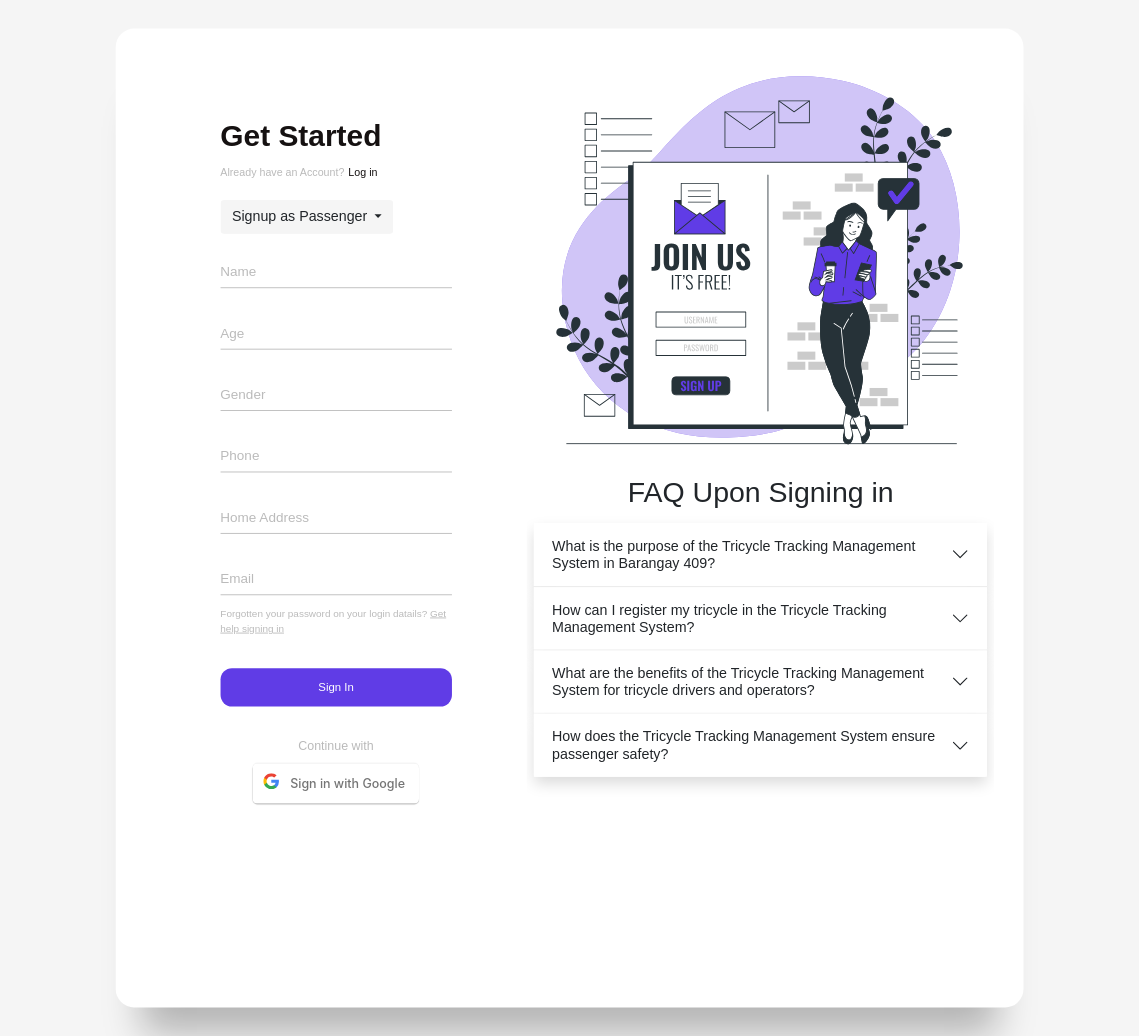
Repository: adrcstro/plate-to-place
Page: http://localhost/Loginsystem/Passenger.php
An editor plug-in stored every save of this project. The page is shown before and after the next save, followed by the edit.
The browser window is 1280 px wide. The pictures show the whole page, at 89% of full size.
Some web fonts or font styles are not loaded; a fallback is used. Some web libraries are served in a nearby version. The page is run by PHP 8.4 with error messages shown; the project is at /var/www/html/.

Above is the page before, as saved 2023-10-31 12:51:17.

### Loginsystem/Passenger.php
<!DOCTYPE html>
<html lang="en">
<head>
    <meta charset="UTF-8">
    <meta name="viewport" content="width=device-width, initial-scale=1.0">
    <link rel="shortcut icon" type="x-icon" href="../images/webicon.png">
    <link rel="stylesheet" href="../css/bootstrap.min.css">
    <link rel="stylesheet" href="https://cdnjs.cloudflare.com/ajax/libs/font-awesome/6.3.0/css/all.min.css" integrity="sha512-SzlrxWUlpfuzQ+pcUCosxcglQRNAq/DZjVsC0lE40xsADsfeQoEypE+enwcOiGjk/bSuGGKHEyjSoQ1zVisanQ==" crossorigin="anonymous" referrerpolicy="no-referrer"/>
    <link rel="stylesheet" href="passenger.css">

    <title>Brangay409-3WHeel-Tracking-System</title>
</head>

<body>

<main>
      <div class="box">
        <div class="inner-box">
          <div class="forms-wrap">
            <form action="index.html" autocomplete="off" class="sign-in-form">

<script>
    function changeLoginType(type) {
        document.getElementById('loginDropdown').innerText = 'Login as ' + type;
    }
</script>
              <div class="heading">
                <h2>Get Started</h2>
                <h6>Already have an Account?</h6>
                <a href="#" class="toggle" data-target="img-2">Log in</a>
              </div>
              <div class="dropdown">
    <button class="btn dropdown-toggle" type="button" data-bs-toggle="dropdown" aria-expanded="false" id="loginDropdown">
        Signup as Passenger
    </button>
    <ul class="dropdown-menu">
        <li><a class="dropdown-item" href="Passenger.php" onclick="changeLoginType('Passenger')">Passenger</a></li>
        <li><a class="dropdown-item" href="Driverlogin.php" onclick="changeLoginType('Driver')">Driver</a></li>

    </ul>
</div>
<div class="formsignin">



              <div class="actual-form">
                <div class="input-wrap">
                  <input
                    type="text"
                    minlength="4"
                    class="input-field"
                    autocomplete="off"
                    required
                  />
                  <label>Name</label>
                </div>

                <div class="input-wrap">
                  <input
                    type="password"
                    minlength="4"
                    class="input-field"
                    autocomplete="off"
                    required
                  />
                  <label>Age</label>
                </div>

                <div class="input-wrap">
                  <input
                    type="text"
                    minlength="4"
                    class="input-field"
                    autocomplete="off"
                    required
                  />
                  <label>Gender</label>
                </div>

                <div class="input-wrap">
                  <input
                    type="text"
                    minlength="4"
                    class="input-field"
                    autocomplete="off"
                    required
                  />
                  <label>Phone</label>
                </div>
                <div class="input-wrap">
                  <input
                    type="text"
                    minlength="4"
                    class="input-field"
                    autocomplete="off"
                    required
                  />
                  <label>Home Address</label>
                </div>

                <div class="input-wrap">
                  <input
                    type="text"
                    minlength="4"
                    class="input-field"
                    autocomplete="off"
                    required
                  />
                  <label>Email</label>
                </div>

                <p class="text">
                  Forgotten your password on your login datails?

                  <a href="Forgotpassword.php" data-target="img-2">Get help signing in</a>
                </p>
                <input type="submit" value="Sign In" class="sign-btn" />
                <h5 id="textcon">Continue with</h5>
                <button type="button" class="login-with-google-btn" >
                Sign in with Google
                 </button>
              </div>
              </div>
            </form>


          </div>
          <div class="carousel">
  <div class="images-wrapper">
    <img src="../images/Signup.svg" class="image img-2 show" alt="" />
  </div>

  <div class="col-md-12">
         <h2 class="mt-2 text-center" id="FAQ">FAQ Upon Signing in</h2>
         <div class="accordion accordion-flush p-2" id="accordionFlushExample">
          <div class="accordion-item bg-white shadow">
            <h2 class="accordion-header">
              <button class="accordion-button collapsed" type="button" data-bs-toggle="collapse" data-bs-target="#flush-collapseOne" aria-expanded="false" aria-controls="flush-collapseOne">
                What is the purpose of the Tricycle Tracking Management System in Barangay 409?
              </button>
            </h2>
            <div id="flush-collapseOne" class="accordion-collapse collapse" data-bs-parent="#accordionFlushExample">
              <div class="accordion-body">The Tricycle Tracking Management System aims to streamline tricycle operations and ensure passenger safety and efficient transportation services within the barangay.</div>
            </div>
          </div>
          <div class="accordion-item shadow">
            <h2 class="accordion-header">
              <button class="accordion-button collapsed" type="button" data-bs-toggle="collapse" data-bs-target="#flush-collapseTwo" aria-expanded="false" aria-controls="flush-collapseTwo">
                How can I register my tricycle in the Tricycle Tracking Management System?
              </button>
            </h2>
            <div id="flush-collapseTwo" class="accordion-collapse collapse" data-bs-parent="#accordionFlushExample">
              <div class="accordion-body">To register your tricycle, visit the barangay office and submit the required documents, including the tricycle's registration papers, driver's license, and other necessary permits.</div>
            </div>
          </div>
          <div class="accordion-item shadow">
            <h2 class="accordion-header">
              <button class="accordion-button collapsed" type="button" data-bs-toggle="collapse" data-bs-target="#flush-collapseThree" aria-expanded="false" aria-controls="flush-collapseThree">
                What are the benefits of the Tricycle Tracking Management System for tricycle drivers and operators?
              </button>
            </h2>
            <div id="flush-collapseThree" class="accordion-collapse collapse" data-bs-parent="#accordionFlushExample">
              <div class="accordion-body">The system provides improved transparency in fare collection, enhances security measures for both drivers and passengers, and facilitates better route planning, leading to increased efficiency and profitability for tricycle operators.
              </div>
            </div>
          </div>

          <div class="accordion-item shadow">
            <h2 class="accordion-header">
              <button class="accordion-button collapsed" type="button" data-bs-toggle="collapse" data-bs-target="#flush-collapseFour" aria-expanded="false" aria-controls="flush-collapseFour">
                How does the Tricycle Tracking Management System ensure passenger safety?
              </button>
            </h2>
            <div id="flush-collapseFour" class="accordion-collapse collapse" data-bs-parent="#accordionFlushExample">
              <div class="accordion-body">The system integrates safety measures such as  Report Management, Legal Action Provider, and driver identification features, which enable swift responses to any emergency situations during tricycle rides.</div>
            </div>
          </div>



        </div>
         </div>


</div>
        </div>
      </div>
    </main>



</body>
<script src="../js/bootstrap.bundle.js"></script>
    <script src="login.js"></script>

</html>

### Loginsystem/passenger.css
@import url("https://fonts.googleapis.com/css2?family=Poppins:wght@200;300;400;500;600;700;800&display=swap");
@import url('https://fonts.googleapis.com/css2?family=Advent+Pro:wght@200&display=swap');
@import url('https://fonts.googleapis.com/css2?family=Advent+Pro:wght@200&family=Montserrat+Alternates&display=swap');
@import url('http://fonts.googleapis.com/css?family=Open+Sans:400,700');
*,
*::before,
*::after {
  padding: 0;
  margin: 0;
  box-sizing: border-box;
}
#textcon{
  padding: 4px;
  text-align: center;
  color: #bababa;
  font-size: 14px;
}
.login-with-google-btn {
  transition: background-color .3s, box-shadow .3s;
  padding: 12px 16px 12px 42px;
  border: none;
  border-radius: 5px;
  box-shadow: 0 -1px 0 rgba(0, 0, 0, .04), 0 1px 1px rgba(0, 0, 0, .25);
  display: block;
    margin: auto;
  color: #757575;
  font-size: 14px;
  font-weight: 500;
  font-family: -apple-system,BlinkMacSystemFont,"Segoe UI",Roboto,Oxygen,Ubuntu,Cantarell,"Fira Sans","Droid Sans","Helvetica Neue",sans-serif;

  background-image: url(data:[embedded picture, 822 characters]);
  background-color: white;
  background-repeat: no-repeat;
  background-position: 12px 11px;

  &:hover {
    background-color: #f3f3f3b6;
  }

  &:active {
    background-color: #eeeeee;
  }
}
  &:focus {
    outline: none;
    box-shadow:
      0 -1px 0 rgba(0, 0, 0, .04),
      0 2px 4px rgba(0, 0, 0, .25),
      0 0 0 3px #c8dafc;
  }

.logo {
  text-align: center;
}
.logo br {
  font-size: 1px; /* Adjust the font size as per your requirement */
}
body,
input {
  font-family: 'Montserrat Alternates', sans-serif;

}
#loginDropdown{
  background-color: whitesmoke;
}

main {
  width: 100%;
  min-height: 100vh;
  overflow: hidden;
  background-color: whitesmoke;
  padding: 2rem;
  display: flex;
  align-items: center;
  justify-content: center;
}

.box {
  position: relative;
  width: 100%;
  max-width: 1020px;
  height: 1100px;
  background-color: #fff;
  border-radius: 1.3rem;
  box-shadow: 0 60px 40px -30px rgba(0, 0, 0, 0.27);
}

.inner-box {
  position: absolute;
  width: calc(100% - 4.1rem);
  height: calc(100% - 4.1rem);
  top: 50%;
  left: 50%;
  transform: translate(-50%, -50%);
}

.forms-wrap {
  position: absolute;
  height: 100%;
  width: 45%;
  top: 0;
  left: 0;
  display: grid;
  grid-template-columns: 1fr;
  grid-template-rows: 1fr;
  transition: 0.8s ease-in-out;
}

form {
  max-width: 260px;
  width: 100%;
  margin: 0 auto;
  height: 100%;
  display: flex;
  flex-direction: column;
  justify-content: space-evenly;
  grid-column: 1 / 2;
  grid-row: 1 / 2;
  transition: opacity 0.02s 0.4s;
  border: #aaa;
}

form.sign-up-form {
  opacity: 0;
  pointer-events: none;

}

.logo {
  display: flex;
  align-items: center;
}


.logo h4 {
  font-size: 1.1rem;
  margin-top: -9px;
  letter-spacing: -0.5px;
  color: #151111;
}

.heading h2 {
  font-size: 2.1rem;
  font-weight: 600;
  color: #151111;
}

.heading h6 {
  color: #bababa;
  font-weight: 400;
  font-size: 0.75rem;
  display: inline;
}

.toggle {
  color: #151111;
  text-decoration: none;
  font-size: 0.75rem;
  font-weight: 500;
  transition: 0.3s;
}

.toggle:hover {
  color: #8371fd;
}

.input-wrap {
  position: relative;
  height: 37px;
  margin-bottom: 2rem;
}

.input-field {
  position: absolute;
  width: 100%;
  height: 100%;
  background: none;
  border: none;
  outline: none;
  border-bottom: 1px solid #bbb;
  padding: 0;
  font-size: 0.95rem;
  color: #151111;
  transition: 0.4s;
}

label {
  position: absolute;
  left: 0;
  top: 50%;
  transform: translateY(-50%);
  font-size: 0.95rem;
  color: #bbb;
  pointer-events: none;
  transition: 0.4s;
}

.input-field.active {
  border-bottom-color: #151111;
}

.input-field.active + label {
  font-size: 0.75rem;
  top: -2px;
}
.logtext{
  margin-top: -1rem;
}
.sign-btn {
  display: inline-block;
  width: 100%;
  height: 43px;
  background-color: #603ce6;
  color: #fff;
  border: none;
  cursor: pointer;
  border-radius: 0.8rem;
  font-size: 0.8rem;
  margin-bottom: 2rem;
  transition: 0.3s;
}
.show {
  display: block;
}

.FAQESTION{
  margin-top: -3rem;
}



.hide {
  display: none;
}

.sign-btn:hover {
  background-color: #6a5cc4;
}

.text {
  color: #bbb;
  font-size: 0.7rem;
  transform: translateY(-20px);
}

.text a {
  color: #bbb;
  transition: 0.3s;

}




.text a:hover {
  color: #8371fd;
}

main.sign-up-mode form.sign-in-form {
  opacity: 0;
  pointer-events: none;
}

main.sign-up-mode form.sign-up-form {
  opacity: 1;
  pointer-events: all;
}

main.sign-up-mode .forms-wrap {
  left: 55%;
}

main.sign-up-mode .carousel {
  left: 0%;
}

.carousel {
  position: absolute;
  height: 100%;
  width: 55%;
  left: 45%;
  top: 0;
  background-color: white;
  border-radius: 2rem;
  display: grid;
  grid-template-rows: auto 1fr;
  padding-bottom: 2rem;
  overflow: hidden;
  transition: 0.8s ease-in-out;
}

.images-wrapper {
  display: grid;
  grid-template-columns: 1fr;
  grid-template-rows: 1fr;
}
.hide {
  display: none;
}
.image {
  width: 100%;
 height: 90%;
  grid-column: 1/2;
  grid-row: 1/2;
  opacity: 0;
  transition: opacity 0.3s, transform 0.5s;
}

.img-1 {
  transform: translate(0, -50px);
}

.img-2 {
  transform: scale(0.4, 0.5);
}

.img-3 {
  transform: scale(0.3) rotate(-20deg);
}

.image.show {
  opacity: 1;
  transform: none;
}

.text-slider {
  display: flex;
  align-items: center;
  justify-content: center;
  flex-direction: column;
margin-top: -4rem;

}

.text-wrap {
  max-height: 3.1rem;
  overflow: hidden;
  margin-bottom: 2.3rem;
}

.text-group {
  display: flex;
  flex-direction: column;
  text-align: center;
  transform: translateY(0);
  transition: 0.5s;
}

.text-group h2 {
  line-height: 2.2rem;
  font-weight: 600;
  font-size: 1.6rem;
}

.bullets {
  display: flex;
  align-items: center;
  justify-content: center;
  margin-top: -2.4rem;
}

.bullets span {
  display: block;
  width: 0.5rem;
  height: 0.5rem;
  background-color: #aaa;
  margin: 0 0.25rem;
  border-radius: 50%;
  cursor: pointer;
  transition: 0.3s;
}
.dropdown{
  margin-top: -7rem;
}
.actual-form{
  margin-top: -6rem;
}
.bullets span.active {
  width: 1.1rem;
  background-color: #151111;
  border-radius: 1rem;
}
.actual-form{
  margin-top: 20px;
  }
  .col-md-12{
    margin-top: -4rem;
  }

  .sign-in-form{
    margin-top: -4rem;
  }
.formsignin{
  margin-top: -8rem;
}

@media (max-width: 850px) {
  .box {
    height: auto;
    max-width: 550px;
    overflow: hidden;
  }

  .inner-box {
    position: static;
    transform: none;
    width: revert;
    height: revert;
    padding: 2rem;
  }

  .forms-wrap {
    position: revert;
    width: 100%;
    height: auto;
  }

  form {
    max-width: revert;
    padding: 1.5rem 2.5rem 2rem;
    transition: transform 0.8s ease-in-out, opacity 0.45s linear;
  }

  .heading {
    margin: 2rem 0;
  }

  form.sign-up-form {
    transform: translateX(100%);
  }

  main.sign-up-mode form.sign-in-form {
    transform: translateX(-100%);
  }

  main.sign-up-mode form.sign-up-form {
    transform: translateX(0%);
  }

  .carousel {
    position: revert;
    height: auto;
    width: 100%;
    padding: 3rem 2rem;
    display: flex;
  }

  .images-wrapper {
    display: none;
  }

  .text-slider {
    width: 100%;
  }

  .text-slider{
    margin-top: 3rem;
}
.actual-form{
margin-top: 2rem;
}
.col-md-12{
  margin-top: -3rem;
}
.dropdown{
  margin-top: -1rem;
}
.sign-in-form{
  margin-top: -1rem;
}

.formsignin{
  margin-top: 1rem;
}


}

@media (max-width: 528px) {
  main {
    padding: 1rem;
  }

  .box {
    border-radius: 2rem;
  }

  .inner-box {
    padding: 1rem;
  }

  .carousel {
    padding: 1.5rem 1rem;
    border-radius: 1.6rem;
  }

  .text-wrap {
    margin-bottom: 1rem;
  }

  .text-group h2 {
    font-size: 1.2rem;
  }

  form {
    padding: 1rem 2rem 1.5rem;
  }

  .bullets{
    margin-top: -1rem;
}
.col-md-12{
  margin-top: 1rem;
}


}








@media (max-width: 390px) {
    .text-slider{
        margin-top: 2rem;
    }

}

### Loginsystem/login.js
const inputs = document.querySelectorAll(".input-field");
const toggle_btn = document.querySelectorAll(".toggle");
const main = document.querySelector("main");
const bullets = document.querySelectorAll(".bullets span");
const images = document.querySelectorAll(".image");

inputs.forEach((inp) => {
  inp.addEventListener("focus", () => {
    inp.classList.add("active");
  });
  inp.addEventListener("blur", () => {
    if (inp.value != "") return;
    inp.classList.remove("active");
  });
});

toggle_btn.forEach((btn) => {
  btn.addEventListener("click", () => {
    main.classList.toggle("sign-up-mode");
  });
});

function moveSlider() {
  let index = this.dataset.value;

  let currentImage = document.querySelector(`.img-${index}`);
  images.forEach((img) => img.classList.remove("show"));
  currentImage.classList.add("show");

  const textSlider = document.querySelector(".text-group");
  textSlider.style.transform = `translateY(${-(index - 1) * 2.2}rem)`;

  bullets.forEach((bull) => bull.classList.remove("active"));
  this.classList.add("active");
}

bullets.forEach((bullet) => {
  bullet.addEventListener("click", moveSlider);
});

document.addEventListener('DOMContentLoaded', function () {
  const toggleLinks = document.querySelectorAll('.toggle');
  toggleLinks.forEach(function(toggleLink) {
    toggleLink.addEventListener('click', function (event) {
      event.preventDefault();
      const targetId = toggleLink.getAttribute('data-target');
      const textSlider = document.querySelector('.text-group');
      if (targetId === 'img-1') {
        const targetText = 'Get Started';
        textSlider.innerHTML = `<h2>${targetText}</h2>`;
      } else if (targetId === 'img-2') {
        const targetText = 'Join us';
        textSlider.innerHTML = `<h2>${targetText}</h2>`;
      }
    });
  });
});

Loaded but not shown: css/bootstrap.min.css (library); js/bootstrap.bundle.js (library); Images/Signup.svg (1 lines, source omitted)

After the next save:
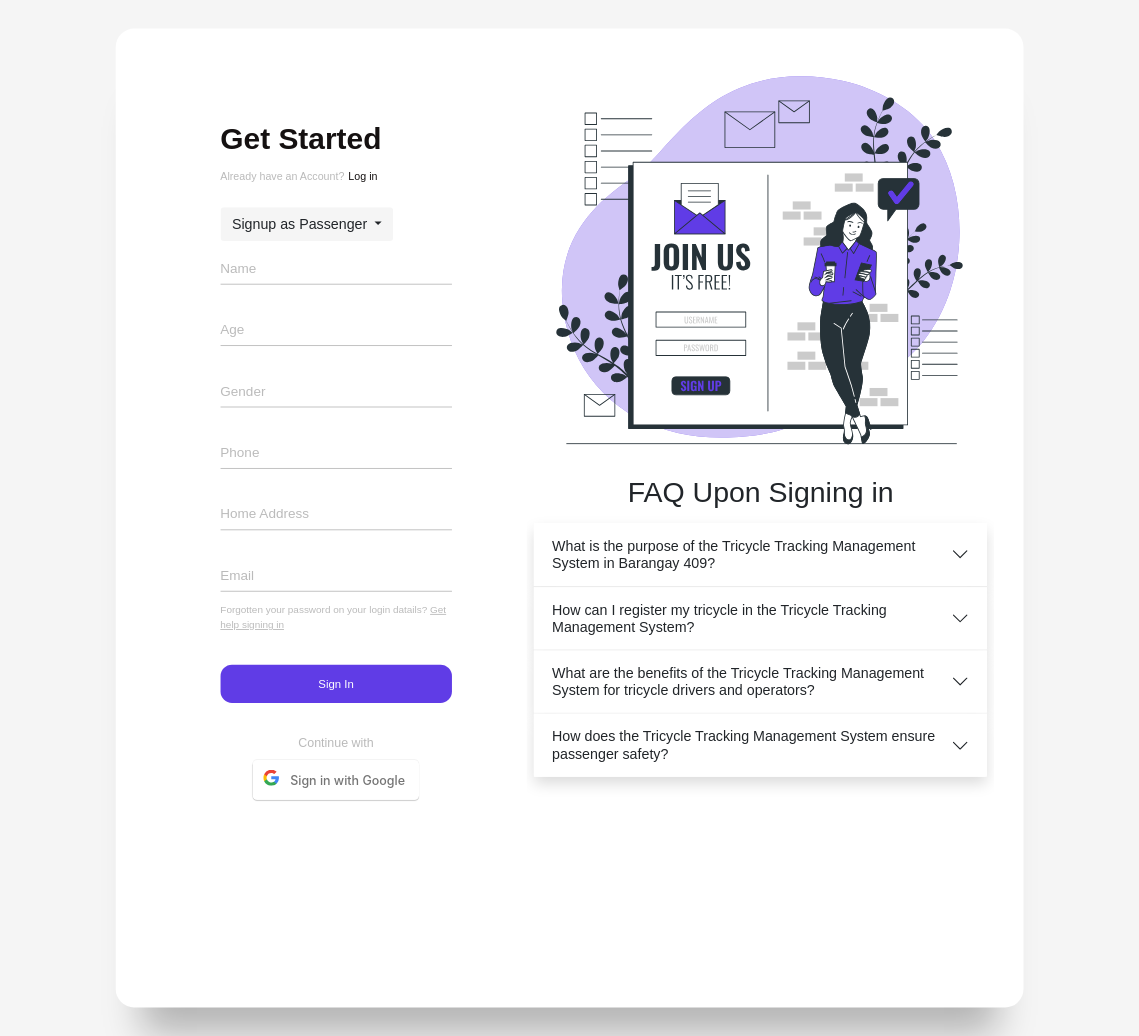
Saved 8 s later.
--- a/Loginsystem/passenger.css
+++ b/Loginsystem/passenger.css
@@ -391,7 +391,7 @@ margin-top: -4rem;
     margin-top: -4rem;
   }
 .formsignin{
-  margin-top: -8rem;
+  margin-top: -9rem;
 }
 
 @media (max-width: 850px) {
